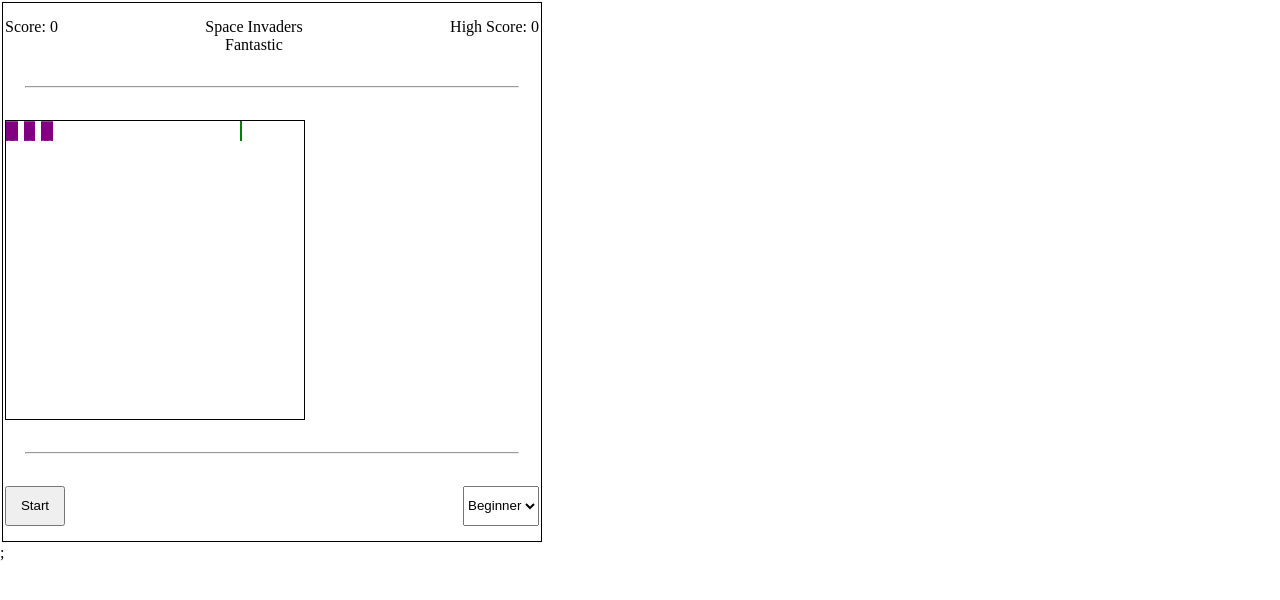
Repository: baziz22/Vanilla_JS_Projects
Page: space invaders/index.html
The author's editor kept a copy of each file at every save. The page is drawn from the files as they stood at one save, then again after the next save.
The browser window is 1280 px wide. The pictures show the whole page.

Above is the page before, as saved 2022-02-20 01:18:58.

### space invaders/index.html
<!DOCTYPE html>
<html lang="en">
  <head>
    <meta charset="UTF-8" />
    <meta http-equiv="X-UA-Compatible" content="IE=edge" />
    <meta name="viewport" content="width=device-width, initial-scale=1.0" />
    <link rel="stylesheet" href="style.css" />
    <title>Space Invaders</title>
  </head>
  <body>
    <div id="scene">
      <div id="scene-header">
        <div>Score: <span id="score">0</span></div>
        <div id="scene-messages">
          <div id="game-title">Space Invaders</div>
          <div id="messages">Fantastic</div>
        </div>

        <div>High Score: <span id="high-score">0</span></div>
      </div>
      <hr />
      <div id="scene-body">
        <div class="grid"></div>
      </div>
      <hr />
      <div id="scene-footer">
        <button id="start-btn">Start</button>
        <select id="level" title="levels">
          <option value="beginner">Beginner</option>
          <option value="medium">Medium</option>
          <option value="hard">Hard</option>
        </select>
      </div>
    </div>
    ;

    <script src="script.js"></script>
  </body>
</html>

### space invaders/style.css
* {
  padding: 0;
  margin: 0;
  box-sizing: border-box;
}
#scene {
  max-width: 75vh;
  min-height: 75vh;
  padding: 2px;
  margin: 2px;
  border: 1px solid black;
  display: flex;
  flex-direction: column;
  justify-content: space-around;
}
#scene-header {
  display: flex;
  justify-content: space-between;
}
#scene-messages {
  display: flex;
  flex-direction: column;
  justify-items: center;
  text-align: center;
  align-items: center;
}

#scene-body {
  display: flex;
  justify-content: space-between;
}
#scene-footer {
  display: flex;
  justify-content: space-between;
}

#start-btn {
  width: 60px;
  height: 40px;
}

hr {
  margin: 5px 20px;
}

.grid {
  width: 300px;
  height: 300px;
  border: 1px solid black;
  display: flex;
  /* flex-wrap: wrap; */
}
.grid div {
  width: 20px;
  height: 20px;
}
.invader {
  background-color: purple;
  border-radius: 10px;
}
.shooter {
  background-color: green;
}

### space invaders/script.js
const grid = document.querySelector('.grid');
for (let i = 0; i < 255; i++) {
  const square = document.createElement('div');
  grid.appendChild(square);
}
const squares = Array.from(document.querySelectorAll('.grid div'));

const alienInvaders = [
  0, 1, 2, 3, 4, 5, 6, 7, 8, 9, 15, 16, 17, 18, 19, 20, 21, 22, 23, 24, 30, 31,
  32, 33, 34, 35, 36, 37, 38, 39,
];
function draw() {
  for (let i = 0; i < alienInvaders.length; i++) {
    squares[alienInvaders[i]].classList.add('invader');
  }
}
draw();
squares[200].classList.add('shooter');

After the next save:
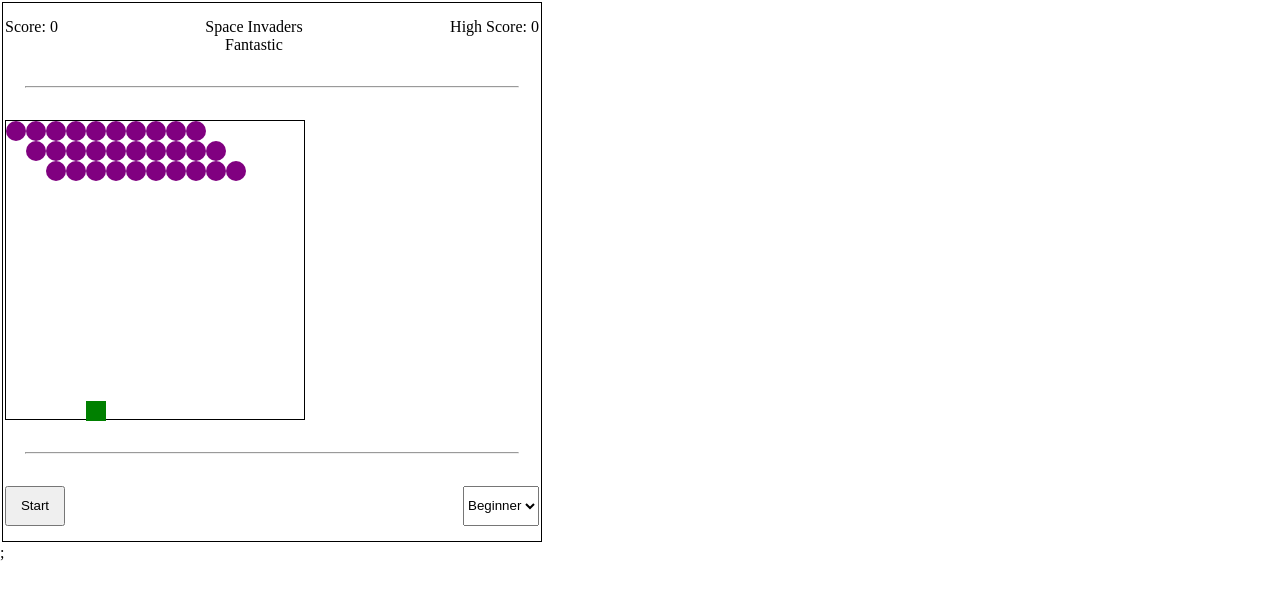
Saved 107 s later.
--- a/space invaders/style.css
+++ b/space invaders/style.css
@@ -48,7 +48,7 @@ hr {
   height: 300px;
   border: 1px solid black;
   display: flex;
-  /* flex-wrap: wrap; */
+  flex-wrap: wrap;
 }
 .grid div {
   width: 20px;
